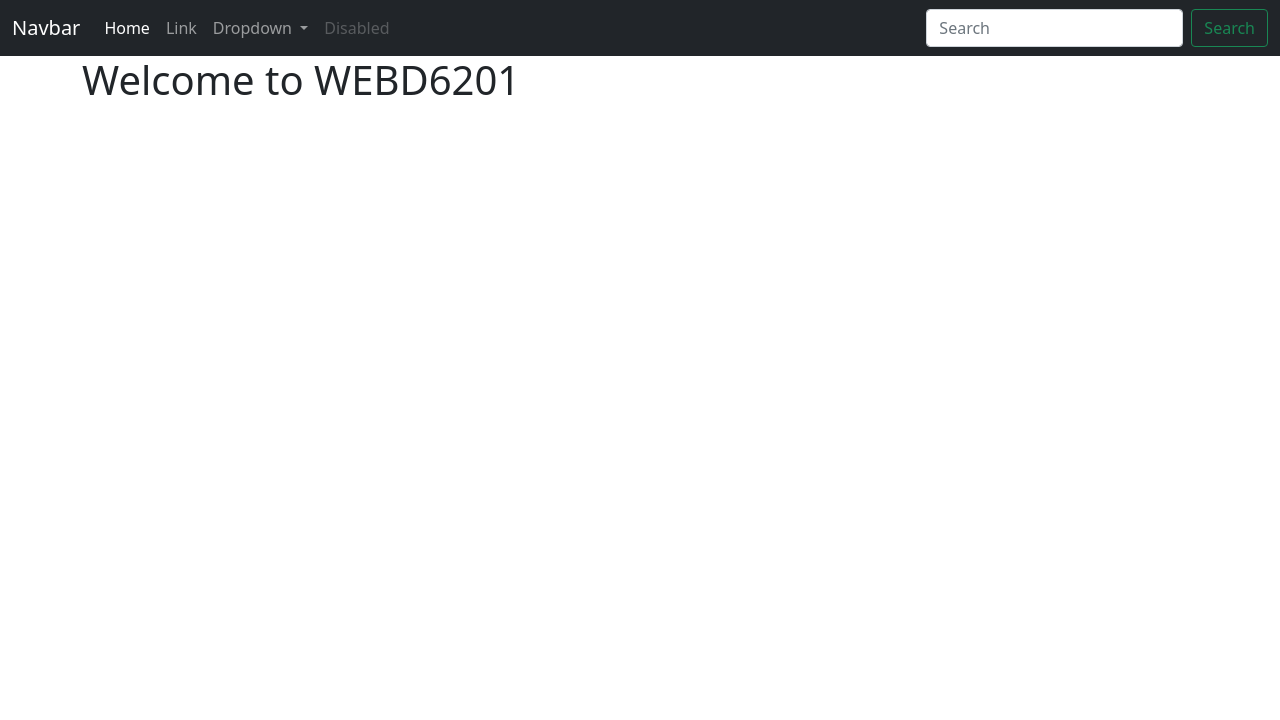
Repository: evanpalmer002/WEBD6201-W2021-Week2A
Page: week2a/index.html
These files come from the project's save history. The page is drawn as it stood at one moment and after the next save; the edit follows.
The browser window is 1280 px wide. The pictures show the whole page.

Above is the page before, as saved 2021-01-19 09:32:59.

### week2a/index.html
<!DOCTYPE html>
<html lang="en">
<head>
    <meta charset="UTF-8">
    <meta name="viewport" content="width=device-width, initial-scale=1.0">
    <title>WEBD6201 - ICE 1</title>
    <!-- CSS Section -->
    <link rel="stylesheet" href="./node_modules/bootstrap/dist/css/bootstrap.min.css">
    <link rel="stylesheet" href="./node_modules/@fortawesome//fontawesome-free/css/all.min.css">
    <link rel="stylesheet" href="./Content/app.css">
</head>
<body>


    <header>

 <nav class="navbar navbar-expand-lg navbar-dark bg-dark">
  <div class="container-fluid">
    <a class="navbar-brand" href="#">Navbar</a>
    <button class="navbar-toggler" type="button" data-bs-toggle="collapse" data-bs-target="#navbarSupportedContent" aria-controls="navbarSupportedContent" aria-expanded="false" aria-label="Toggle navigation">
      <span class="navbar-toggler-icon"></span>
    </button>
    <div class="collapse navbar-collapse" id="navbarSupportedContent">
      <ul class="navbar-nav me-auto mb-2 mb-lg-0">
        <li class="nav-item">
          <a class="nav-link active" aria-current="page" href="#">Home</a>
        </li>
        <li class="nav-item">
          <a class="nav-link" href="#">Link</a>
        </li>
        <li class="nav-item dropdown">
          <a class="nav-link dropdown-toggle" href="#" id="navbarDropdown" role="button" data-bs-toggle="dropdown" aria-expanded="false">
            Dropdown
          </a>
          <ul class="dropdown-menu" aria-labelledby="navbarDropdown">
            <li><a class="dropdown-item" href="#">Action</a></li>
            <li><a class="dropdown-item" href="#">Another action</a></li>
            <li><hr class="dropdown-divider"></li>
            <li><a class="dropdown-item" href="#">Something else here</a></li>
          </ul>
        </li>
        <li class="nav-item">
          <a class="nav-link disabled" href="#" tabindex="-1" aria-disabled="true">Disabled</a>
        </li>
      </ul>
      <form class="d-flex">
        <input class="form-control me-2" type="search" placeholder="Search" aria-label="Search">
        <button class="btn btn-outline-success" type="submit">Search</button>
      </form>
    </div>
  </div>
</nav>
    </header>

    <div class="container">
        <h1>Welcome to WEBD6201</h1>
    </div>

    <footer>

    </footer>

    <!-- JavaScript Section -->
    <script src="./node_modules/jquery/dist/jquery.min.js"></script>
    <script src="./node_modules/bootstrap/dist/js/bootstrap.bundle.min.js"></script>
    <script src="./Scripts/app.js"></script>
</body>
</html>

### week2a/Scripts/app.js
/*custon javascript  goes here */

// - Immediately invoked function Expression

(function()
{

    function Start()
    {
        console.log("App Started...");

    }

    window.addEventListener("load", Start);
})();

Loaded but not shown: week2a/node_modules/bootstrap/dist/css/bootstrap.min.css (library); week2a/node_modules/@fortawesome/fontawesome-free/css/all.min.css (library); week2a/node_modules/jquery/dist/jquery.min.js (library); week2a/node_modules/bootstrap/dist/js/bootstrap.bundle.min.js (library); week2a/Content/app.css (no stored copy; drawn as an empty file)

After the next save:
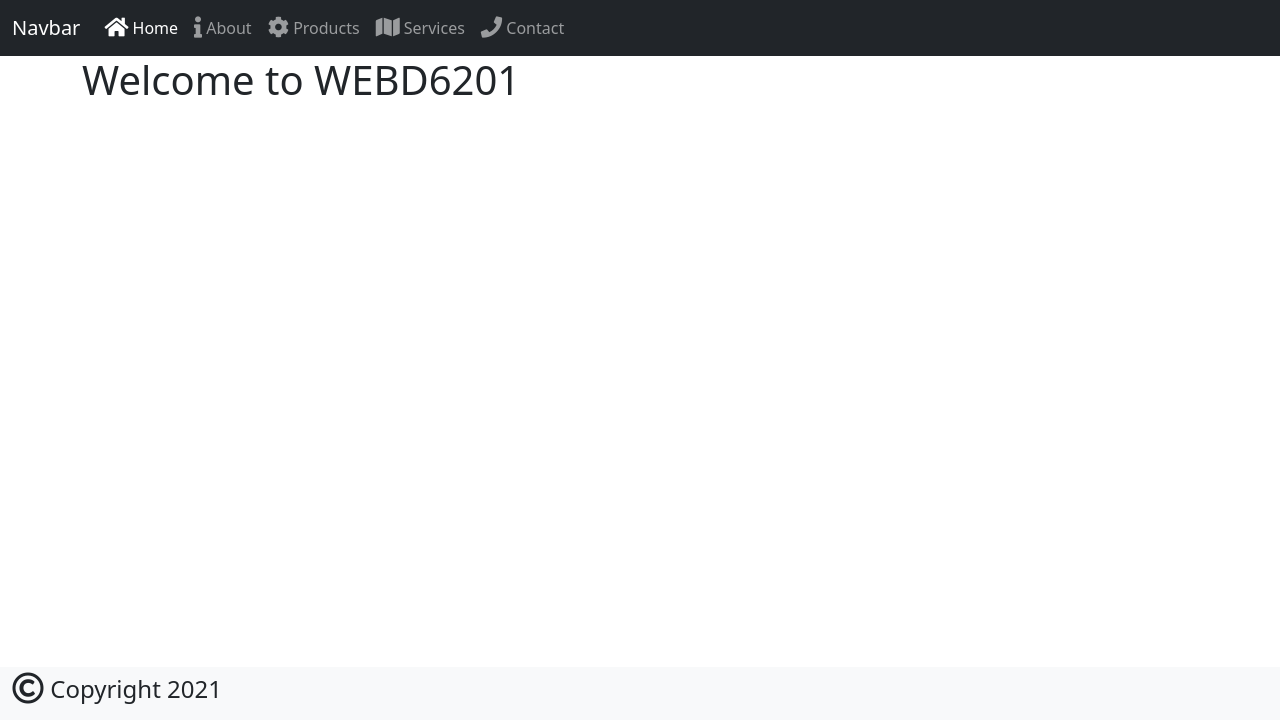
Saved 59 s later.
--- a/week2a/index.html
+++ b/week2a/index.html
@@ -10,54 +10,54 @@
     <link rel="stylesheet" href="./Content/app.css">
 </head>
 <body>
+    <!-- Main Navigation -->
+    <header>
+        <nav class="navbar navbar-expand-lg navbar-dark bg-dark justify-content-end">
+            <div class="container-fluid">
+              <a class="navbar-brand" href="#">Navbar</a>
+              <button class="navbar-toggler" type="button" data-bs-toggle="collapse" data-bs-target="#navbarSupportedContent" aria-controls="navbarSupportedContent" aria-expanded="false" aria-label="Toggle navigation">
+                <span class="navbar-toggler-icon"></span>
+              </button>
+              <div class="collapse navbar-collapse" id="navbarSupportedContent">
 
+                <ul class="navbar-nav">
 
-    <header>
+                  <li class="nav-item">
+                    <a class="nav-link active" aria-current="page" href="#"><i class="fas fa-home fa-lg"></i> Home</a>
+                  </li>
 
- <nav class="navbar navbar-expand-lg navbar-dark bg-dark">
-  <div class="container-fluid">
-    <a class="navbar-brand" href="#">Navbar</a>
-    <button class="navbar-toggler" type="button" data-bs-toggle="collapse" data-bs-target="#navbarSupportedContent" aria-controls="navbarSupportedContent" aria-expanded="false" aria-label="Toggle navigation">
-      <span class="navbar-toggler-icon"></span>
-    </button>
-    <div class="collapse navbar-collapse" id="navbarSupportedContent">
-      <ul class="navbar-nav me-auto mb-2 mb-lg-0">
-        <li class="nav-item">
-          <a class="nav-link active" aria-current="page" href="#">Home</a>
-        </li>
-        <li class="nav-item">
-          <a class="nav-link" href="#">Link</a>
-        </li>
-        <li class="nav-item dropdown">
-          <a class="nav-link dropdown-toggle" href="#" id="navbarDropdown" role="button" data-bs-toggle="dropdown" aria-expanded="false">
-            Dropdown
-          </a>
-          <ul class="dropdown-menu" aria-labelledby="navbarDropdown">
-            <li><a class="dropdown-item" href="#">Action</a></li>
-            <li><a class="dropdown-item" href="#">Another action</a></li>
-            <li><hr class="dropdown-divider"></li>
-            <li><a class="dropdown-item" href="#">Something else here</a></li>
-          </ul>
-        </li>
-        <li class="nav-item">
-          <a class="nav-link disabled" href="#" tabindex="-1" aria-disabled="true">Disabled</a>
-        </li>
-      </ul>
-      <form class="d-flex">
-        <input class="form-control me-2" type="search" placeholder="Search" aria-label="Search">
-        <button class="btn btn-outline-success" type="submit">Search</button>
-      </form>
-    </div>
-  </div>
-</nav>
+                  <li class="nav-item">
+                    <a class="nav-link" href="#"><i class="fas fa-info fa-lg"></i> About</a>
+                  </li>
+
+                  <li class="nav-item">
+                    <a class="nav-link" href="#"><i class="fas fa-cog fa-lg"></i> Products</a>
+                  </li>
+
+                  <li class="nav-item">
+                    <a class="nav-link" href="#"><i class="fas fa-map fa-lg"></i> Services</a>
+                  </li>
+
+                  <li class="nav-item">
+                    <a class="nav-link" href="#"><i class="fas fa-phone fa-lg"></i> Contact</a>
+                  </li>
+
+                </ul>
+              </div>
+            </div>
+          </nav>
     </header>
 
-    <div class="container">
+    <main class="container">
         <h1>Welcome to WEBD6201</h1>
-    </div>
+    </main>
 
     <footer>
-
+        <nav class="navbar fixed-bottom navbar-light bg-light">
+            <div class="container-fluid">
+              <h4><i class="far fa-copyright fa-lg"></i> Copyright 2021</h4>
+            </div>
+          </nav>
     </footer>
 
     <!-- JavaScript Section -->
